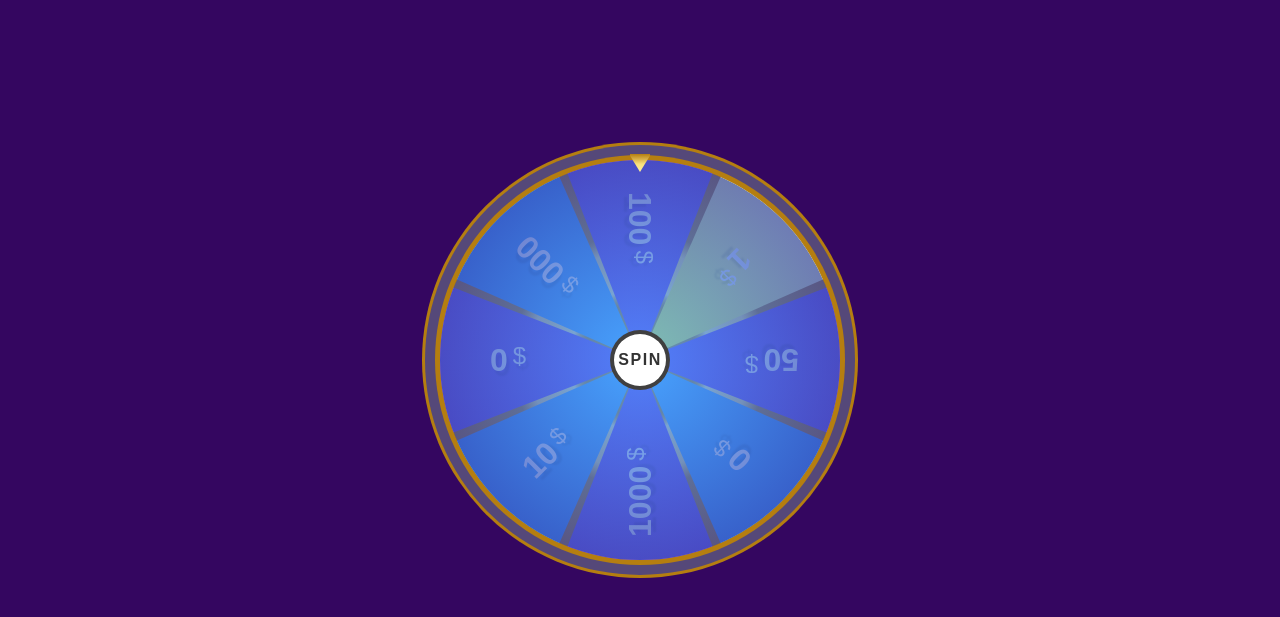
Repository: Jacques-Jaki-Morkel/FundedMarketplace_WheelofFortune
Page: index.html
An editor plug-in stored every save of this project. The page is shown before and after the next save, followed by the edit.
The browser window is 1280 px wide. The pictures show the whole page.

Above is the page before, as saved 2025-08-14 13:22:33.

After the next save:
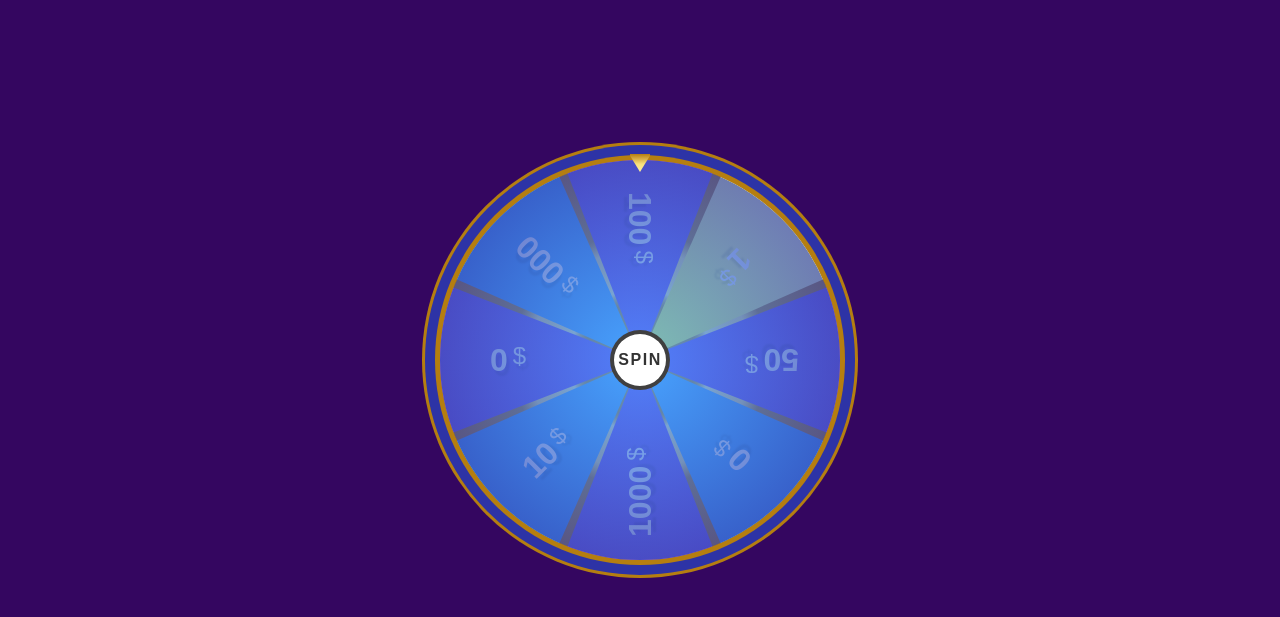
Saved 8 s later.
--- a/styles.css
+++ b/styles.css
@@ -62,7 +62,7 @@ body {
     border-radius: 50%;
     overflow: hidden;
     box-shadow: 0 0 0 5px #b57e10,
-        0 0 0 15px rgba(45, 51, 166, 0.7),
+        0 0 0 15px rgba(45, 51, 166, 1),
         0 0 0 18px #b57e10;
 
 }
